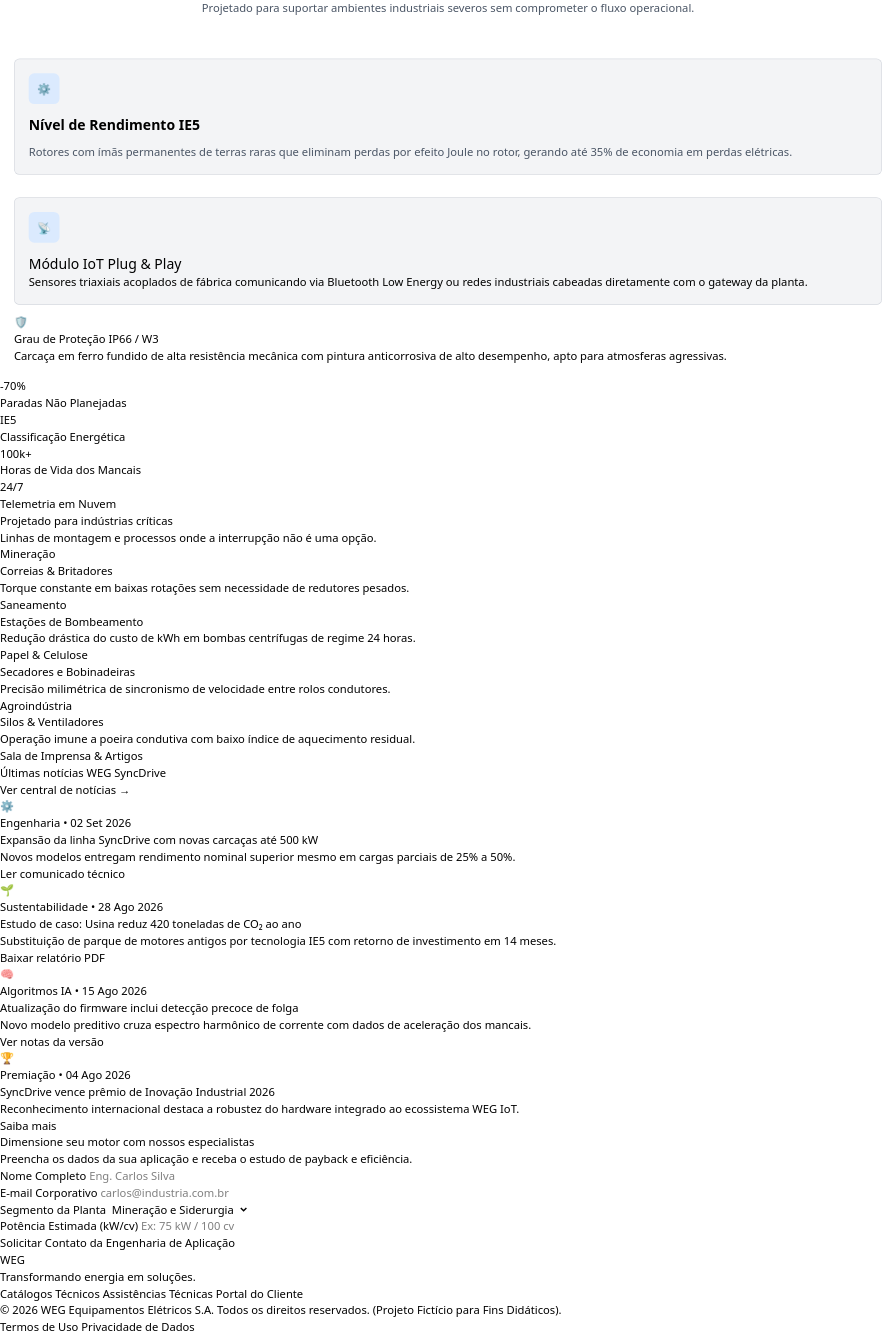
Repository: camilewng/Exercicio-Tailwind
Page: index.html
These files come from the project's save history. The page is drawn as it stood at one moment and after a run of saves; the edit follows.
The browser window is 1280 px wide. The pictures show the part of the page from y = 1124 to 3044 px (the page is 3032 px tall before and 3044 px after), at 70% of full size.

Above is the page before, as saved 2026-09-08 21:24:43.

After the next 3 saves:
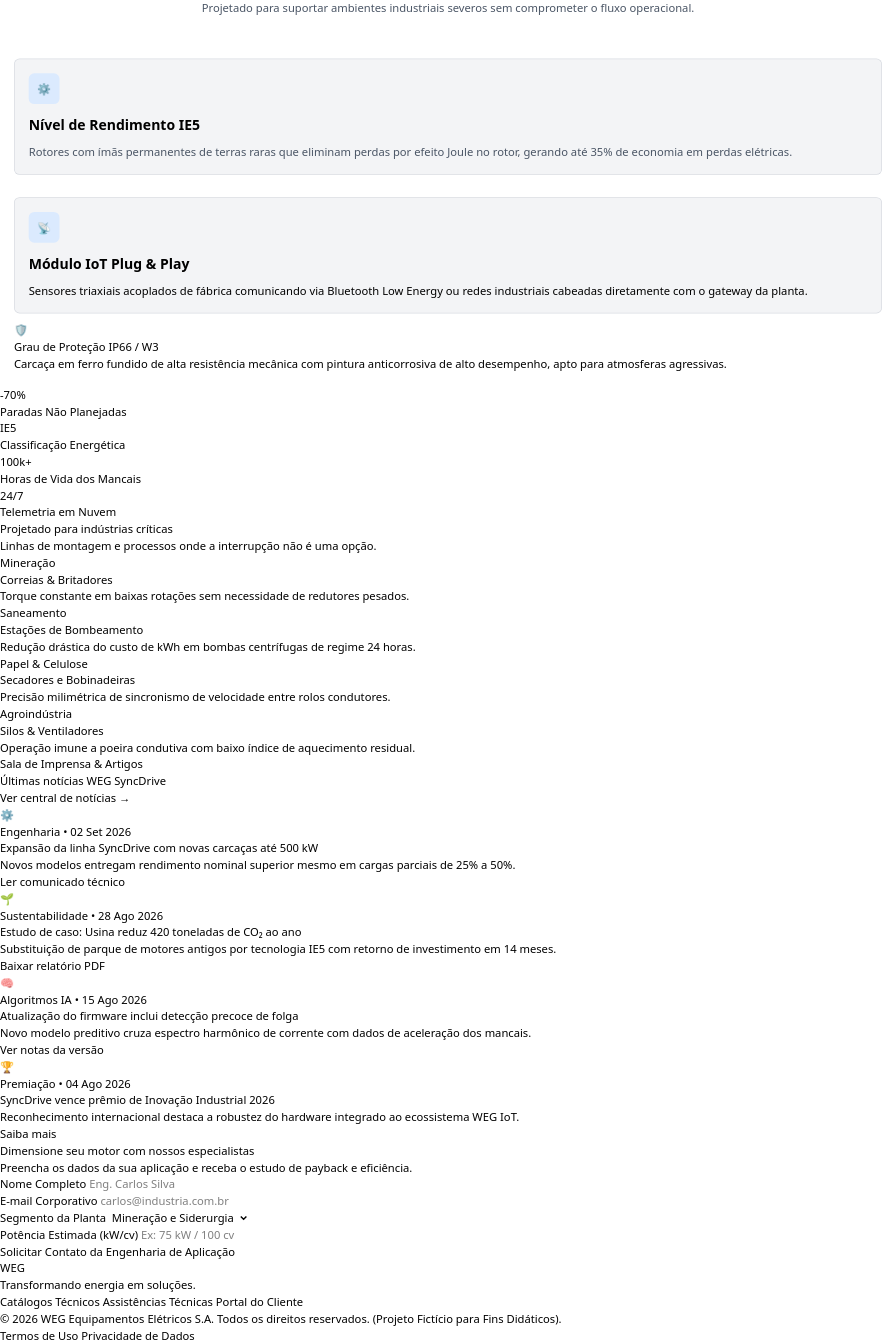
The 3 saves are shown as one change because they came seconds apart.
The last was saved 16 s later.
--- a/index.html
+++ b/index.html
@@ -140,7 +140,7 @@
 
           <article class="bg-gray-100 p-5 rounded-lg border border-gray-300/80 mb-3">
             <div class="flex justify-center items-center bg-blue-100 w-11 h-11 rounded-lg mb-4">📡</div>
-            <h3 class="text-xl">Módulo IoT Plug & Play</h3>
+            <h3 class="text-xl font-bold mb-3">Módulo IoT Plug & Play</h3>
             <p>Sensores triaxiais acoplados de fábrica comunicando via Bluetooth Low Energy ou redes industriais cabeadas diretamente com o gateway da planta.</p>
           </article>
 
